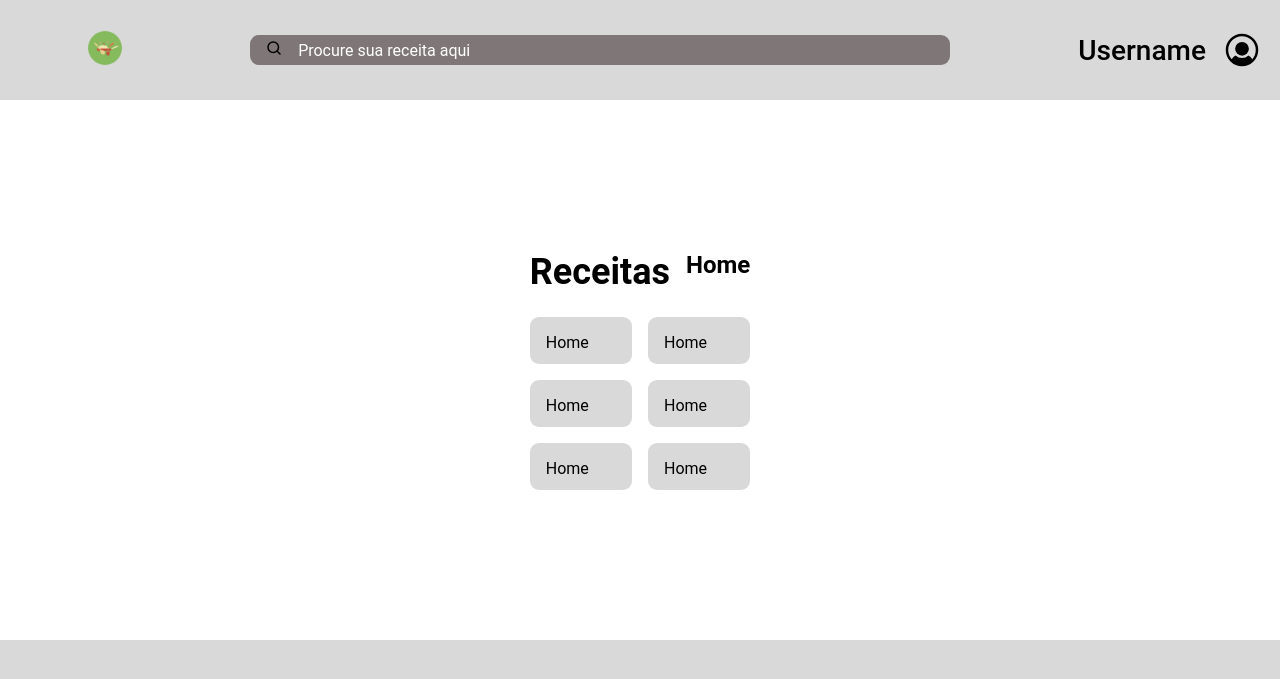
Repository: GabrielEduardoBrambilla/receitas-online
Page: /
An editor plug-in stored every save of this project. The page is shown before and after the next save, followed by the edit.
The browser window is 1280 px wide. The pictures show the whole page.
The project was rebuilt for these pictures with package versions that can differ from the ones it lists, and the page was loaded fresh each time. Also part of the build but not shown: vite.config.js.

Above is the page before, as saved 2024-04-15 20:14:09.

### src/pages/Home/index.jsx
import React from 'react'
import { Container, TitleWrapper, CardWrapper } from './styles'
import { Navbar } from '../../components/Navbar'
import { RecipeCard } from '../../components/RecipeCard'
import { Modal } from '../../components/Modal'
import { RecipeRegisterModal } from '../../components/RecipeRegisterModal'


export function Home() {
  return <Container>
    <Navbar />
    <main>
      <TitleWrapper>
        <h2>Receitas</h2>
        <RecipeRegisterModal />
      </TitleWrapper>

      <CardWrapper>
        <RecipeCard />
        <RecipeCard />
        <RecipeCard />
        <RecipeCard />
        <RecipeCard />
        <RecipeCard />
      </CardWrapper>
    </main>

    <footer></footer>
  </Container>
}

### src/styles/global.js
import { createGlobalStyle } from 'styled-components'

export const GlobalStyle = createGlobalStyle`
  * {
    margin: 0;
    padding: 0;
    box-sizing: border-box;
  }

  :focus {
    outline: none;
  }

  body {
    -webkit-font-smoothing: antialiased;
  }

  body, input, textarea, button {
    font-family: 'Roboto', sans-serif;
    font-weight: 400;
    font-size: 1rem;
  }
`

### src/pages/Home/styles.js
import styled from 'styled-components'

export const Container = styled.div`
  display: flex;
  justify-content: space-between;
  flex-direction: column;
  min-height: 100vh;

  > main {
    display: flex;
    flex-direction: column;
    gap: 24px;
    justify-content: center;
    align-items: c;
    /* min-height: 80vh; */
    max-width: 1000px;
    margin: auto;
  }

  > footer {
    height: 80px;
    width: 100%;
    background-color: #d9d9d9;
  }
`
export const TitleWrapper = styled.div`
  display: flex;
  gap: 16px;

  font-size: 24px;
  font-weight: bold;

  > button {
    font-size: 16px;
    line-height: 0%;
    font-weight: bold;
    color: white;
    background-color: #85bb5d;
    border-radius: 9px;
    border: none;
    padding: 5px 34px;
  }
`
export const CardWrapper = styled.div`
  display: grid;
  grid-template-columns: 1fr 1fr;
  gap: 16px;
`

### src/components/Navbar/index.jsx
import {
  Container, LogoContainer,
  SearchForm,
  UserWrapper
} from './styles'
import Logo from '../../assets/Logo.svg'
import { UserCircle, MagnifyingGlass, Heart } from 'phosphor-react'

export function Navbar() {
  return (
    <Container>

      <LogoContainer>
        <img src={Logo} alt="" />
      </LogoContainer>


      <SearchForm>
        <label htmlFor="search">
          <MagnifyingGlass size={16} weight="bold" />
        </label>
        <input type="text" id='search' placeholder='Procure sua receita aqui' />
      </SearchForm>


      <UserWrapper>
        <p>Username</p>
        <UserCircle size={40} weight="fill" />

      </UserWrapper>


    </Container>
  )
}

### src/components/RecipeCard/index.js
import React from 'react'
import { Container } from './styles'

export function RecipeCard() {
  return <Container>Home</Container>
}

### src/components/Modal/index.jsx
import React from 'react'
import { Container } from './styles'

export function Modal() {
  return <Container>Home</Container>
}

### src/components/RecipeRegisterModal/index.jsx
import React from 'react'
import { Container } from './styles'
import { Modal } from '../Modal'

export function RecipeRegisterModal() {
  return <Modal>Home</Modal>
}

### src/components/Navbar/styles.js
import styled from 'styled-components'

export const Container = styled.div`
  display: flex;
  flex: 1;
  justify-content: space-between;
  align-items: center;

  background-color: #d9d9d9;
  max-height: 100px;

  padding: 0px 10px 0px 80px;
`
export const LogoContainer = styled.div`
  > img {
    width: 50px;
    height: 50px;
    object-fit: cover;
  }
`
export const SearchForm = styled.form`
  display: flex;
  gap: 16px;
  align-items: center;
  width: 700px;
  height: 30px;
  background-color: #7f7777;
  border-radius: 9px;
  padding: 6px 16px;

  > input {
    background-color: #7f7777;
    border: none;
    color: white;

    &::placeholder {
      color: white;
    }
  }
`
export const UserWrapper = styled.div`
  display: flex;
  gap: 16px;
  align-items: center;
  padding: 8px;
  border-radius: 6px;

  > p {
    font-size: 28px;
    font-weight: 500;
  }
`

### src/components/RecipeCard/styles.js
import styled from 'styled-components'
export const Container = styled.div`
  background-color: #d9d9d9;
  padding: 16px 12px 12px 16px;
  border-radius: 9px;
  width: 100%;
  max-width: 555px;

  > h3 {
    font-size: 22px;
    margin-bottom: 6px;
  }
  > p {
    font-size: 16px;
    font-weight: normal;
  }
`

### src/components/Modal/styles.js
import styled from 'styled-components'
export const Container = styled.div``

### src/components/RecipeRegisterModal/styles.js
import styled from 'styled-components'
export const Container = styled.div``

Loaded but not shown: index.html (common file); src/main.jsx (common file); src/App.jsx (common file)

After the next save:
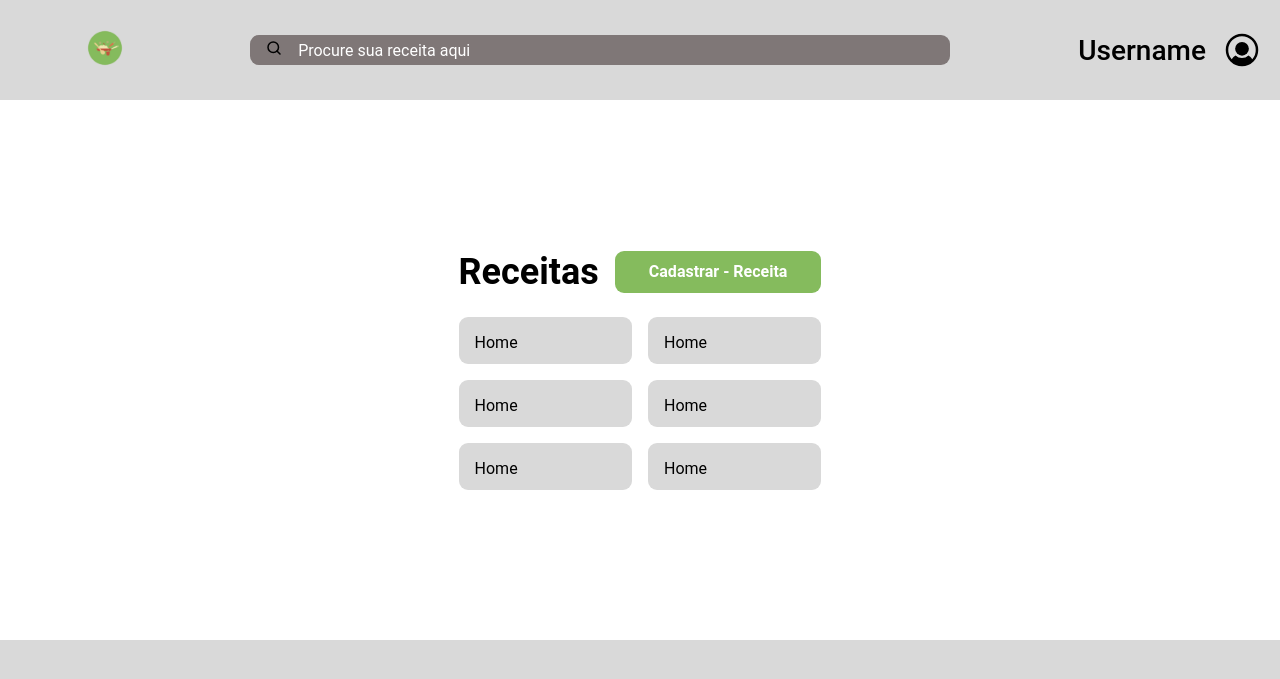
Saved 8 s later.
--- a/src/pages/Home/index.jsx
+++ b/src/pages/Home/index.jsx
@@ -2,9 +2,6 @@ import React from 'react'
 import { Container, TitleWrapper, CardWrapper } from './styles'
 import { Navbar } from '../../components/Navbar'
 import { RecipeCard } from '../../components/RecipeCard'
-import { Modal } from '../../components/Modal'
-import { RecipeRegisterModal } from '../../components/RecipeRegisterModal'
-
 
 export function Home() {
   return <Container>
@@ -12,7 +9,7 @@ export function Home() {
     <main>
       <TitleWrapper>
         <h2>Receitas</h2>
-        <RecipeRegisterModal />
+        <button>Cadastrar - Receita</button>
       </TitleWrapper>
 
       <CardWrapper>
